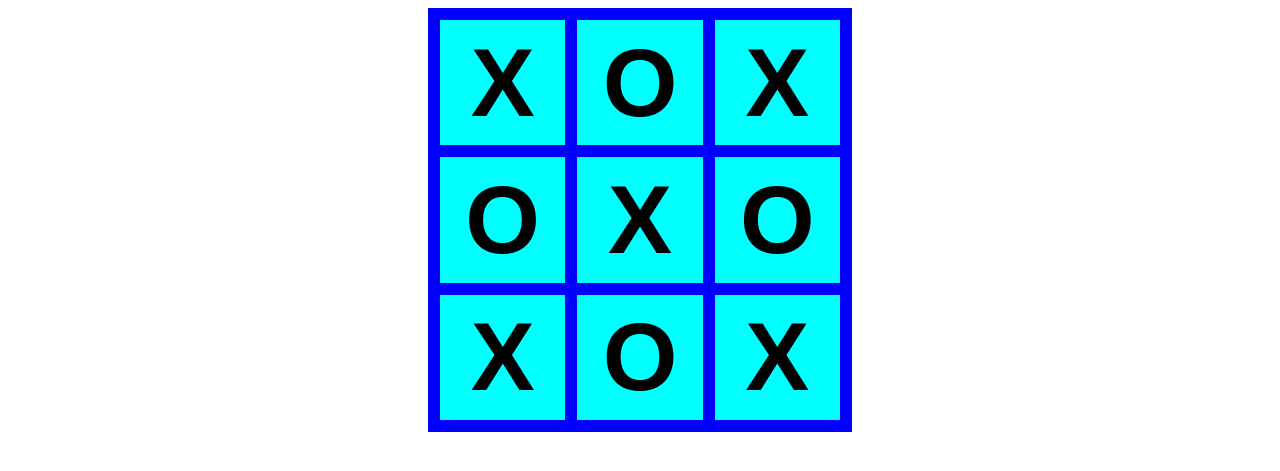
Repository: yeetzpxoci/tic-tac-toe
Page: index.html
The author's editor kept a copy of each file at every save. The page is drawn from the files as they stood at one save, then again after the next save.
The browser window is 1280 px wide. The pictures show the whole page.

Above is the page before, as saved 2023-02-23 12:16:59.

### index.html
<!DOCTYPE html>
<html lang="en">
<head>
    <meta charset="UTF-8">
    <meta http-equiv="X-UA-Compatible" content="IE=edge">
    <meta name="viewport" content="width=device-width, initial-scale=1.0">
    <title>Tic Tac Toe</title>
    <link rel="stylesheet" type="text/css" href="styles.css" />
</head>
<body>
    <div class="board">
        <div class="square" data-index=0>
        </div>

        <div class="square" data-index=1>
        </div>

        <div class="square" data-index=2>
        </div>

        <div class="square" data-index=3>
        </div>

        <div class="square" data-index=4>
        </div>

        <div class="square" data-index=5>
        </div>

        <div class="square" data-index=6>
        </div>

        <div class="square" data-index=7>
        </div>

        <div class="square" data-index=8>
        </div>
    </div>
<script src="script.js"></script>
</body>
</html>

### styles.css
body {
    display: flex;
    justify-content: center;
    align-items: center;
    min-width: 100vh;
}

.board {
    height: 400px;
    width: 400px;
    background-color: blue;
    padding: 12px;
    gap: 12px;
    font-size: 96px;
    font-family: Arial, Helvetica, sans-serif;
    font-weight: bolder;
    display: grid;
    grid-template-columns: repeat(3, 1fr);
    grid-template-rows: repeat(3, 1fr);
}

.square {
    display: flex;
    justify-content: center;
    align-items: center;
    background-color: aqua;
}

### script.js
const squares = document.getElementsByClassName("square");

const gameBoard = (() => {
    let gameBoard = ["", "", "", "", "", "", "", "", ""];

    const winner = (x, y, z) => {
        if ((gameBoard[x] === gameBoard[y]) && ((gameBoard[y] === gameBoard[z]) && (gameBoard[z] === "X"))
            || (gameBoard[x] === gameBoard[y]) && ((gameBoard[y] === gameBoard[z]) && (gameBoard[z] === "O"))) {
            return true;
        } else {
            return false;
        }
    }

    const checkWinner = () => {
        return winner(0, 1, 2)  // check for 3-in-a-row horizontally
            || winner(3, 4, 5)
            || winner(6, 7, 8)
            || winner(0, 3, 6)  // check for 3-in-a-row vertically
            || winner(1, 4, 7)
            || winner(2, 5, 8)
            || winner(0, 4, 8)  // check for 3-in-a-row diagonally
            || winner(6, 4, 2)
    }

    return {
        gameBoard, winner, checkWinner
    };
})();

const players = (symbol) => {
    const play = (index) => gameBoard.gameBoard[index] = symbol;
    return {
        symbol, play
    };
};

const game = (() => {
    let turn = "X";

    const playRound = (square, index) => {
        players(turn).play(index);
        square.innerHTML = turn;
        renderBoard();
        if (turn === "X") {
            turn = "O";
        } else {
            turn = "X";
        }
        if (gameBoard.checkWinner()) {
            alert("Winner!");
            disableSquares();
        }
    }

    return {
        turn, playRound
    };
})();

function renderBoard() {
    for (let i = 0; i < gameBoard.gameBoard.length; i++) {
        squares[i].innerHTML = gameBoard.gameBoard[i];
    }
}

function resetBoard() {
    for (let i = 0; i < gameBoard.gameBoard.length; i++) {
        squares[i].innerHTML = "";
    }
}

function disableSquares() {
    for (let i = 0; i < squares.length; i++) {
        squares[i].removeEventListener("click", game.playRound);
    }
}

for (let i = 0; i < squares.length; i++) {
    squares[i].addEventListener("click", game.playRound(squares[i], i), { once: true });
}

After the next save:
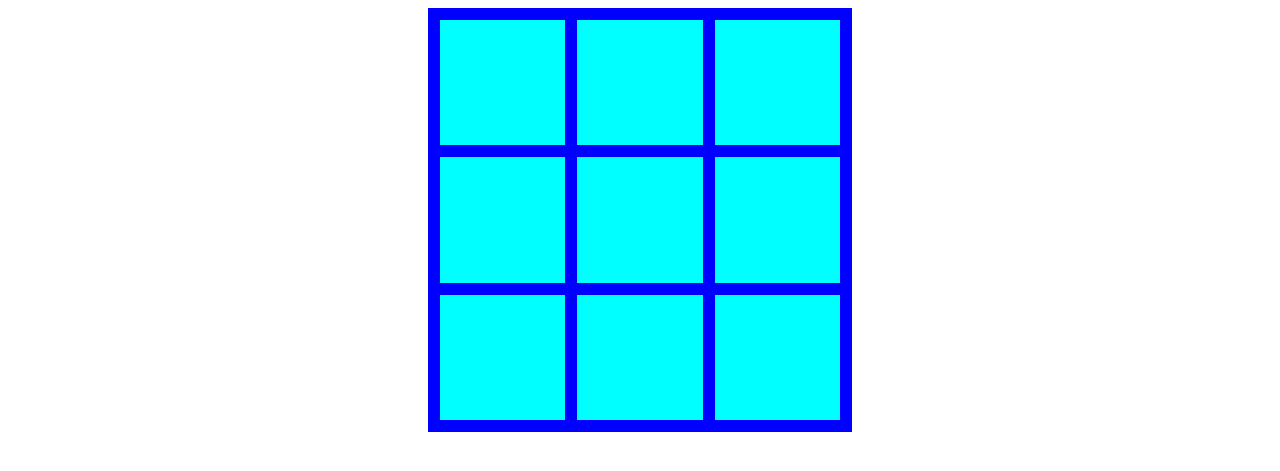
Saved 4 min 6 s later.
--- a/script.js
+++ b/script.js
@@ -72,10 +72,12 @@ function resetBoard() {
 
 function disableSquares() {
     for (let i = 0; i < squares.length; i++) {
-        squares[i].removeEventListener("click", game.playRound);
+        squares[i].removeEventListener("click", play);
     }
 }
 
 for (let i = 0; i < squares.length; i++) {
-    squares[i].addEventListener("click", game.playRound(squares[i], i), { once: true });
+    squares[i].addEventListener("click", function play() {
+        game.playRound(this, i);
+    }, { once: true });
 }
